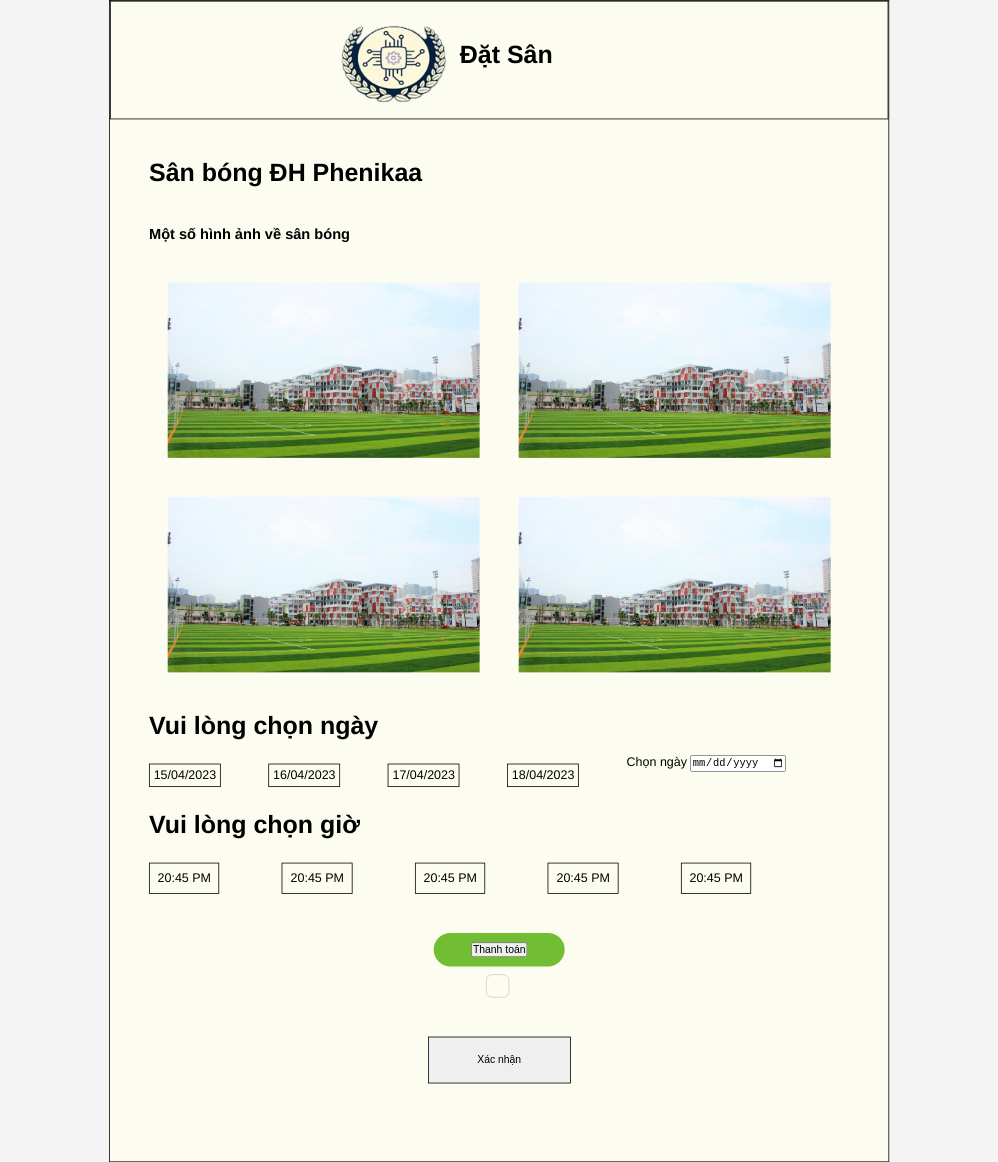
Repository: tus3300/BTL
Page: code/tacket.html
The author's editor kept a copy of each file at every save. The page is drawn from the files as they stood at one save, then again after a run of saves.
The browser window is 1280 px wide. The pictures show the whole page, at 78% of full size.

Above is the page before, as saved 2023-05-21 00:20:40.

### code/tacket.html
<div class="tacket">

    <link href="https://cdnjs.cloudflare.com/ajax/libs/font-awesome/5.15.0/css/all.min.css" rel="stylesheet">
    <link href="lib/owlcarousel/assets/owl.carousel.min.css" rel="stylesheet">
    <link rel="stylesheet" href="css/test.css">
    <link rel="preconnect" href="https://fonts.gstatic.com">
    <link href="https://fonts.googleapis.com/css2?family=Roboto:wght@300;400;500;700;900&display=swap" rel="stylesheet">
    <div class="head-tacket">
        <img src="./img/logo.png" alt="" class="">
        <h1 class="">Đặt Sân</h1>
    </div>
    <div class="main-tacket">
      <div id="toast"></div>
        <div class="head-main-tacket">
            <h1 class="">Sân bóng ĐH Phenikaa</h1>
            <h3 class="">Một số hình ảnh về sân bóng</h3>
            <div class="main-tacket-img">
                <img src="./img/news-500x280-4.jpg" alt="" class="">
                <img src="./img/news-500x280-4.jpg" alt="" class="">
                <img src="./img/news-500x280-4.jpg" alt="" class="">
                <img src="./img/news-500x280-4.jpg" alt="" class="">
            </div>
        </div>
        <div class="main-main-tacket">
            <div class="day-main-ticket">
                <h1 class="h1-main-tacket">Vui lòng chọn ngày</h1>
                <div class="round-ul">
                    <ul class="ul-day-tacket">
                        <li class="li-tacket">
                            <div class="item-tacket">
                                15/04/2023
                            </div>
                        </li>
                        <li class="li-tacket">
                            <div class="item-tacket">
                                16/04/2023
                            </div>
                        </li>
                        <li class="li-tacket">
                            <div class="item-tacket">
                                17/04/2023
                            </div>
                        </li>
                        <li class="li-tacket">
                            <div class="item-tacket">
                                18/04/2023
                            </div>
                        </li>

                        <div class="datepicker">
                            <label for="dateofbirth">Chọn ngày</label>
                            <input type="date" name="dateofbirth" id="dateofbirth">
                        </div>
                    </ul>
                </div>
            </div>

            <div class="hour-main-ticket">
                <h1 class="h1-main-tacket">Vui lòng chọn giờ</h1>
                <ul class="ul-hour-ticket">
                    <li class="li-hour-ticket">
                        <div class="hour-ticket">20:45 PM</div>
                    </li>
                    <li class="li-hour-ticket">
                        <div class="hour-ticket">20:45 PM</div>
                    </li>
                    <li class="li-hour-ticket">
                        <div class="hour-ticket">20:45 PM</div>
                    </li>
                    <li class="li-hour-ticket">
                        <div class="hour-ticket">20:45 PM</div>
                    </li>
                    <li class="li-hour-ticket">
                        <div class="hour-ticket">20:45 PM</div>
                    </li>
                </ul>
            </div>
        </div>
    </div>

    <div class="foot-ticket">
        <div class="bill-ticket">
           <div onclick="showSuccessToast();" class="btn btn--success"><button>Thanh toán</button></div>
        </div>
        <div class="check-bill">
            <style>
              .checkbox-style {
                display: inline-flex;
                align-items: center;
                gap: 10px;
                cursor: pointer;
                display: flex;
                justify-content: center;
                align-items: center;
                margin-top: 10px;
                margin-left: 5px;
              }
              .checkbox-label {
                cursor: pointer;
              }
              .checkbox-style input {
                display: none;
              }
              .checkbox-box {
                width: 30px;
                height: 30px;
                border: 1px solid #ccc;
                border-radius: 8px;
                padding: 5px;
                color: transparent;
                transition: all 0.2s linear;
              }
              .checkbox-input:checked + .checkbox-box {
                background-color: #6a5af9;
                border-color: #6a5af9;
                color: white;
              }
            </style>
            <label for="checkbox" class="checkbox-style">
              <input
                type="checkbox"
                name="evondev"
                id="checkbox"
                class="checkbox-input"
              />
              <div class="checkbox-box">
                <svg
                  xmlns="http://www.w3.org/2000/svg"
                  class="h-5 w-5"
                  viewBox="0 0 20 20"
                  fill="currentColor"
                >
                  <path
                    fill-rule="evenodd"
                    d="M16.707 5.293a1 1 0 010 1.414l-8 8a1 1 0 01-1.414 0l-4-4a1 1 0 011.414-1.414L8 12.586l7.293-7.293a1 1 0 011.414 0z"
                    clip-rule="evenodd"
                  />
                </svg>
              </div>
              <label for="checkbox" class="checkbox-label"></label>
            </label>
        </div>
        <div class="check-ticket">
          <a href="" class=""><button>Xác nhận</button></a>
        </div>
    </div>


  <script src="js/test.js"></script>
</div>
<script src="js/date.js"></script>

### code/css/test.css
* {
  padding: 0;
  margin: 0;
  box-sizing: border-box;
}

body {
  height: 100vh;
  display: flex;
  flex-direction: column;
  font-family: "Helvetica Neue";
  background-color: #f4f4f5;
}

body > div {
  margin: auto;
}

/* ======= Buttons ======== */

/* Block */
.btn {
  display: inline-block;
  text-decoration: none;
  background-color: transparent;
  border: none;
  outline: none;
  color: #fff;
  padding: 12px 48px;
  border-radius: 50px;
  cursor: pointer;
  min-width: 120px;
  transition: opacity 0.2s ease;
}

/* Modifier */
.btn--size-l {
  padding: 16px 56px;
}

.btn--size-s {
  padding: 8px 32px;
}

.btn:hover {
  opacity: 0.8;
}

.btn + .btn {
  margin-left: 16px;
}

.btn--success {
  background-color: #71be34;
}

.btn--warn {
  background-color: #ffb702;
}

.btn--danger {
  background-color: #ff623d;
}

.btn--disabled {
  opacity: 0.5 !important;
  cursor: default;
}

/* ======= Toast message ======== */

#toast {
  position: fixed;
  top: 32px;
  right: 32px;
  z-index: 999999;
}

.toast {
  display: flex;
  align-items: center;
  background-color: #fff;
  border-radius: 2px;
  padding: 20px 0;
  min-width: 400px;
  max-width: 450px;
  border-left: 4px solid;
  box-shadow: 0 5px 8px rgba(0, 0, 0, 0.08);
  transition: all linear 0.3s;
}

@keyframes slideInLeft {
  from {
    opacity: 0;
    transform: translateX(calc(100% + 32px));
  }
  to {
    opacity: 1;
    transform: translateX(0);
  }
}

@keyframes fadeOut {
  to {
    opacity: 0;
  }
}

.toast--success {
  border-color: #47d864;
}

.toast--success .toast__icon {
  color: #47d864;
}

.toast--info {
  border-color: #2f86eb;
}

.toast--info .toast__icon {
  color: #2f86eb;
}

.toast--warning {
  border-color: #ffc021;
}

.toast--warning .toast__icon {
  color: #ffc021;
}

.toast--error {
  border-color: #ff623d;
}

.toast--error .toast__icon {
  color: #ff623d;
}

.toast + .toast {
  margin-top: 24px;
}

.toast__icon {
  font-size: 24px;
}

.toast__icon,
.toast__close {
  padding: 0 16px;
}

.toast__body {
  flex-grow: 1;
}

.toast__title {
  font-size: 16px;
  font-weight: 600;
  color: #333;
}

.toast__msg {
  font-size: 14px;
  color: #888;
  margin-top: 6px;
  line-height: 1.5;
}

.toast__close {
  font-size: 20px;
  color: rgba(0, 0, 0, 0.3);
  cursor: pointer;
}
.tacket {
  border:#000 solid 1px;
  width: 1000px;
  height: auto;
  margin: 0 auto;
  background: #fdfcf0;


}
.head-tacket{
  text-align: center;
  display: flex;
  justify-content: center;
  padding-right: 150px;
  border: #000 solid 1px;
}
.head-tacket h1 {
  justify-content: center;
  margin-top: 50px;
}

.main-tacket{
  margin-left: 50px;
}
.head-main-tacket  {
  margin-top: 50px;
}
.head-main-tacket h4{
  font: 1em sans-serif;
}
.head-main-tacket h3{
  margin-top: 50px;
}
.main-tacket-img {
  display: flex;
  flex-wrap: wrap;
  justify-content: center;
  align-items: center;
  margin-bottom: 50px;
}
.main-tacket-img img{
  width: 400px;
  display: flex;
  margin-top: 50px;
  margin-right: 50px;
}
.ul-day-tacket{
  display: flex;
  align-items: center;
}
.li-tacket{
  margin-right: 50px;
  list-style: none;
  float: left;
}
.round-ul {
  margin-top: 30px;
  margin-bottom: 30px;
}
.item-tacket{
  display:block;
  border: 1px solid #000;
  padding:5px;
  margin-right: 11px;
  z-index: 2;
}
.item-tacket:hover,
.hour-ticket:hover{
  background-color: #ED1C24;
  color:#fff;
  cursor: pointer;
}
.item-tacket.active,
.hour-ticket.active{
  background-color: #ED1C24;
  color:#fff;
}
.datepicker{
  margin-top: -30px;
  margin-right: 20px;
}
.ul-hour-ticket{
  display:flex;
  margin-top: 30px;
}
.li-hour-ticket {
  display: flex;
  justify-content: center;
  align-items: center;
  margin-right: 80px;

  border: 1px solid #000;
}
.hour-ticket{
  padding: 10px;
}
.li-hour-ticket:hover {
  background-color: #ED1C24;
  text-decoration: none;
  color:#fff;
}
.bill-ticket{
  display:flex;
  justify-content: center;
  align-items: center;
  margin-top: 50px;
  #47d864
}

.check-ticket button{
  border: 1px solid #000;
}
.check-ticket{
  display:flex;
  justify-content: center;
  align-items: center;
  margin-top: 50px;
  margin-bottom: 100px;

}
.check-ticket button:hover {
  background-color: #ED1C24;
  text-decoration: none;
  color:#fff;
}
.check-ticket button{
  width: 183px;
  height: 60px;
}

### code/js/test.js

  // Toast function
function toast({ title = "", message = "", type = "info", duration = 5000 }) {
  const main = document.getElementById("toast");
  if (main) {
    const toast = document.createElement("div");

    // Auto remove toast
    const autoRemoveId = setTimeout(function () {
      main.removeChild(toast);
    }, duration + 2000);

    // Remove toast when clicked
    toast.onclick = function (e) {
      if (e.target.closest(".toast__close")) {
        main.removeChild(toast);
        clearTimeout(autoRemoveId);
      }
    };

    const icons = {
      success: "fas fa-check-circle",
      info: "fas fa-info-circle",
      warning: "fas fa-exclamation-circle",
      error: "fas fa-exclamation-circle"
    };
    const icon = icons[type];
    const delay = (duration / 1000).toFixed(2);

    toast.classList.add("toast", `toast--${type}`);
    toast.style.animation = `slideInLeft ease .3s, fadeOut linear 1s ${delay}s forwards`;

    toast.innerHTML = `
                    <div class="toast__icon">
                        <i class="${icon}"></i>
                    </div>
                    <div class="toast__body">
                        <h3 class="toast__title">${title}</h3>
                        <p class="toast__msg">${message}</p>
                    </div>
                    <div class="toast__close">
                        <i class="fas fa-times"></i>
                    </div>
                `;
    main.appendChild(toast);
  }
}
function showSuccessToast() {
  toast({
    title: "Thành công!",
    message: "Bạn đã đăng ký thành công tài khoản tại F8.",
    type: "success",
    duration: 5000
  });
}

function showErrorToast() {
  toast({
    title: "Thất bại!",
    message: "Có lỗi xảy ra, vui lòng liên hệ quản trị viên.",
    type: "error",
    duration: 5000
  });
}

### code/js/date.js
const itemTacket = document.querySelectorAll('.item-tacket');

itemTacket.forEach((item) => {
    item.addEventListener("click" ,function(event){
        itemTacket.forEach((el) => el.classList.remove('active'));
        event.target.classList.add('active')
    })
})


const hourticket = document.querySelectorAll('.hour-ticket');

hourticket.forEach((item) => {
    item.addEventListener("click" ,function(event){
        hourticket.forEach((el) => el.classList.remove('active'));
        event.target.classList.add('active')
    })
})

Loaded but not shown: code/lib/owlcarousel/assets/owl.carousel.min.css (common file)

After the next 2 saves:
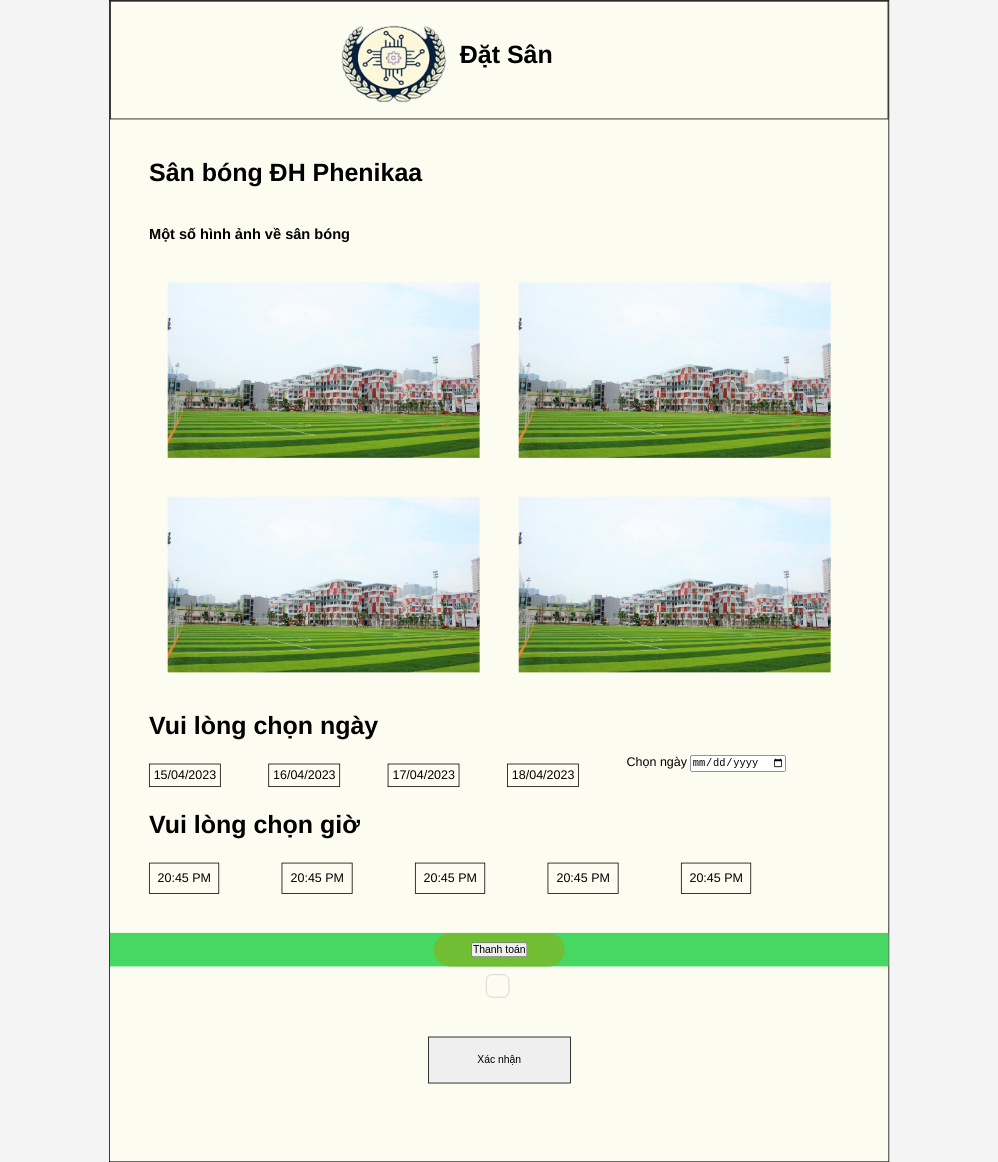
The 2 saves are shown as one change because they came seconds apart.
The last was saved 7 s later.
--- a/code/css/test.css
+++ b/code/css/test.css
@@ -279,7 +279,7 @@
   justify-content: center;
   align-items: center;
   margin-top: 50px;
-  #47d864
+  background-color: #47d864;
 }
 
 .check-ticket button{

After the save that followed:
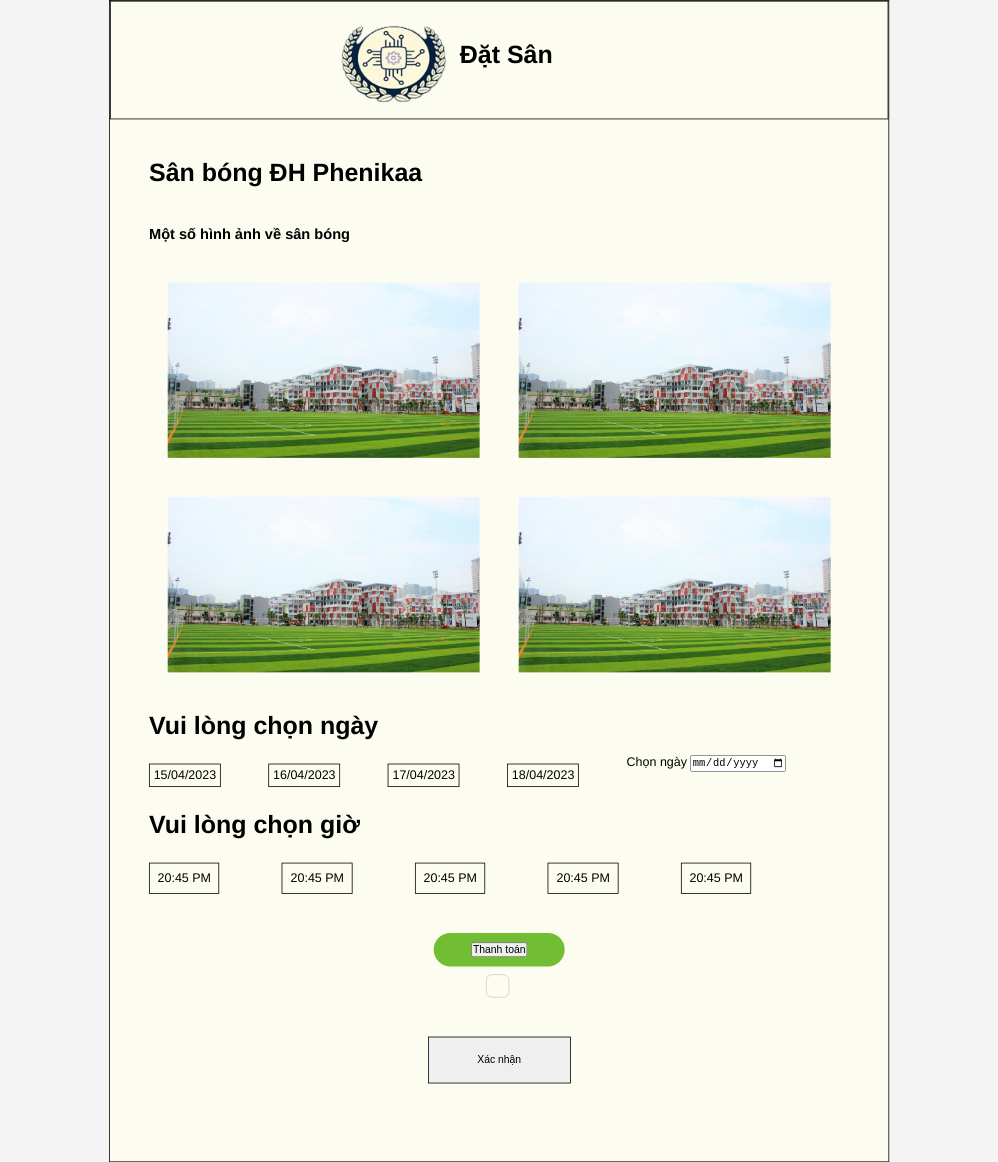
Saved 10 s later.
--- a/code/css/test.css
+++ b/code/css/test.css
@@ -279,7 +279,6 @@
   justify-content: center;
   align-items: center;
   margin-top: 50px;
-  background-color: #47d864;
 }
 
 .check-ticket button{
